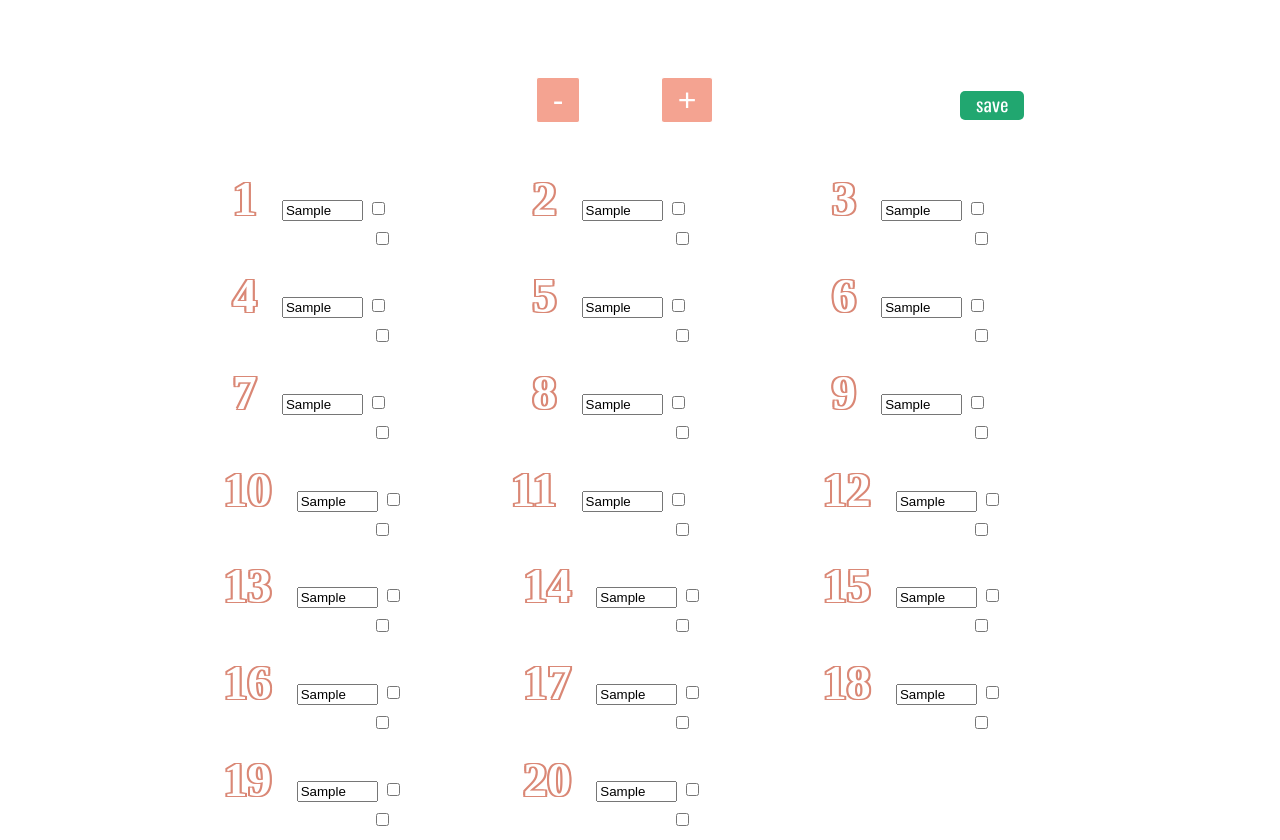
Repository: se-yoo/ChangeSeat
Page: http://localhost/ChangeSeat/infoMember.jsp
The author's editor kept a copy of each file at every save. The page is drawn from the files as they stood at one save, then again after the next save.
The browser window is 1280 px wide. The pictures show the whole page.
Empty fields were first filled with sample values (such as "Sample", 5 or name@example.com).
After loading, the first visible `#minusButton` was clicked once.
Some web fonts or font styles are not loaded; a fallback is used. The page is served by Tomcat 9.

Above is the page before, as saved 2018-06-28 00:21:48.
Console error (its wording comes from the project's code and is left out).

After the next save:
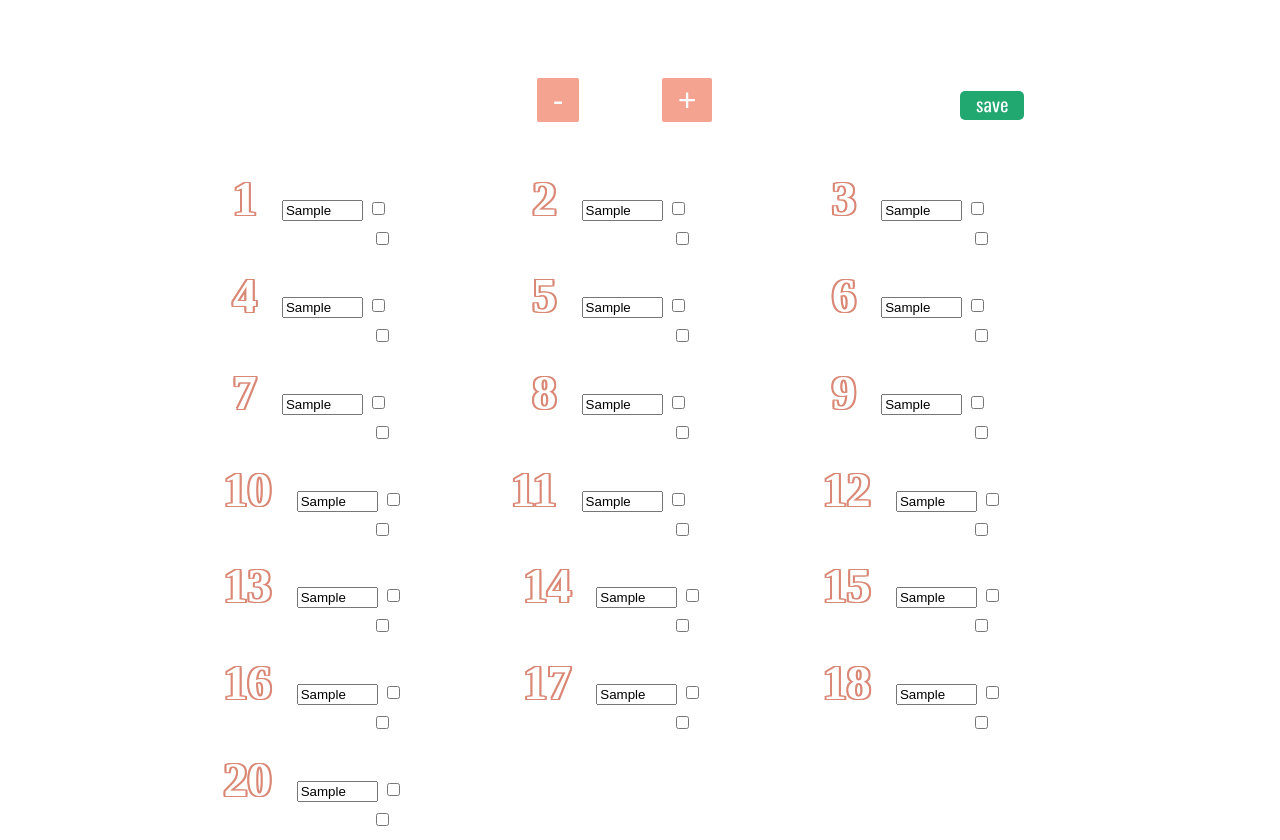
The error is gone.
Saved 12 s later.
--- a/ChangeSeat/WebContent/infoMember.jsp
+++ b/ChangeSeat/WebContent/infoMember.jsp
@@ -93,7 +93,7 @@
 		document.getElementById("stuCnt").value=c;
 
 		var container=document.getElementById("container2");
-		container.removeChild(document.getElementById("container2"));
+		container.removeChild(document.getElementById("div"+c));
 	}
 	function plusStu(){
 		var c= document.getElementById("cntDiv").innerHTML;
